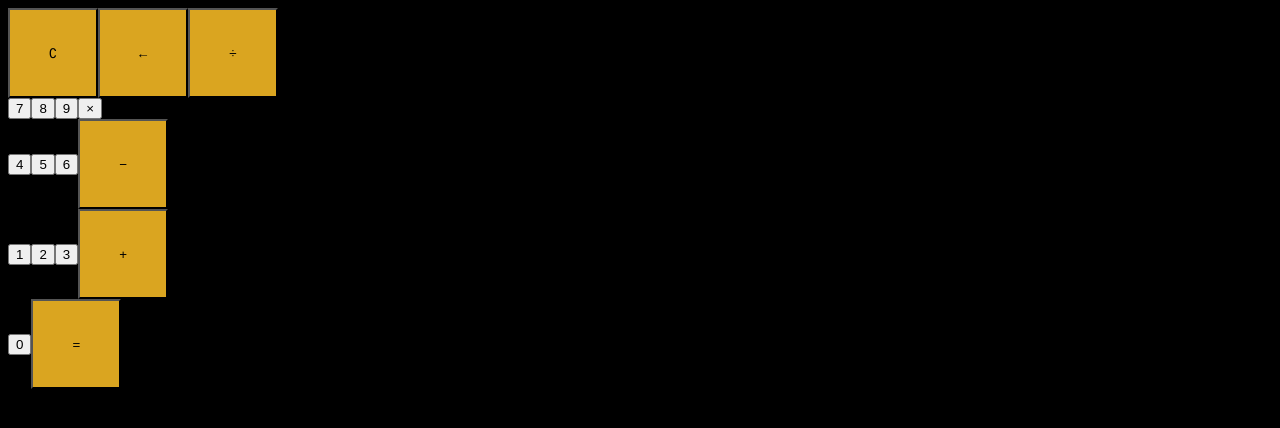
Repository: jontslater/LAB-calculator2
Page: index.html
The author's editor kept a copy of each file at every save. The page is drawn from the files as they stood at one save, then again after the next save.
The browser window is 1280 px wide. The pictures show the whole page.

Above is the page before, as saved 2023-10-12 15:36:34.

### index.html
<!DOCTYPE html>
<html lang="en">
<head>
  <meta charset="UTF-8">
  <meta name="viewport" content="width=device-width, initial-scale=1.0">
  <title>calculator</title>
  <link rel="stylesheet" href="main.css">
  <script src="main.js"></script>
</head>

<body>
  <div class="container">

  <table>
    <button class="orange">&#8705;</button>
    <button class="orange">&#8592;</button>
    <button class="orange">&#247;</button>
  </table>

  <table>
    <button class="bottonss">7</button>
    <button class="bottonss">8</button>
    <button class="bottonss">9</button>
    <button>&#215;</button>
  </table>

  <table>
    <button class="bottonss">4</button>
    <button class="bottonss">5</button>
    <button class="bottonss">6</button>
    <button class="orange">&#8722;</button>
  </table>

  <table>
    <button class="bottonss">1</button>
    <button class="bottonss">2</button>
    <button class="bottonss">3</button>
    <button class="orange">&#43;</button>
  </table>


  <table>
    <button class="bottonss">0</button>
    <button class="orange">&#61;</button>
  </table>

  </div>

</body>
</html>

### main.css
body{
  background-color: #000000;
}
.container{
  width: 400xp;
}

.buttonss{
  background-color: #d8d9db;
  height: 90px;
  width: 90px;
}

.orange{
  background-color:goldenrod;
  height: 90px;
  width: 90px;
}

Loaded but not shown: main.js (no stored copy; drawn as an empty file)

After the next save:
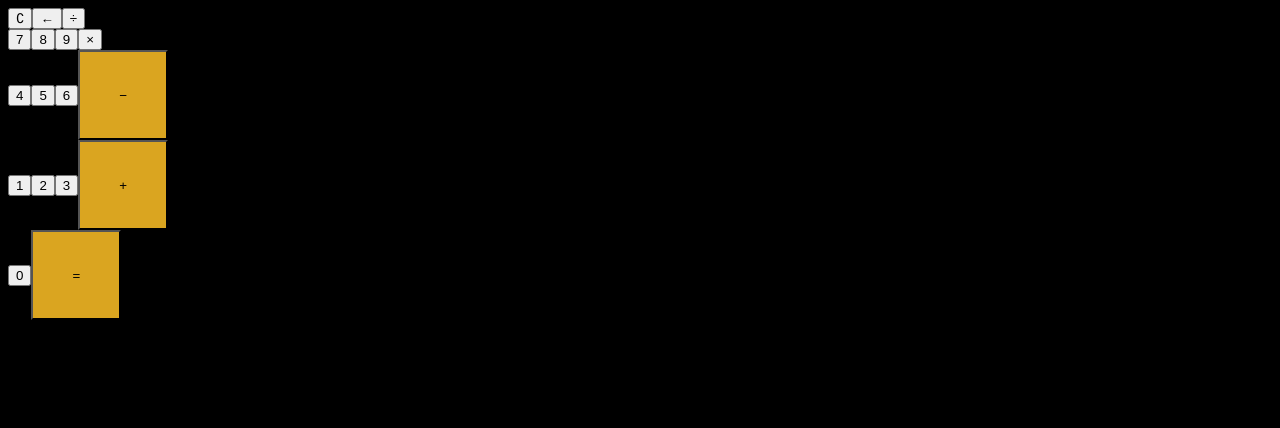
Saved 8 min 30 s later.
--- a/index.html
+++ b/index.html
@@ -12,9 +12,9 @@
   <div class="container">
 
   <table>
-    <button class="orange">&#8705;</button>
-    <button class="orange">&#8592;</button>
-    <button class="orange">&#247;</button>
+    <button class="gray">&#8705;</button>
+    <button class="gray">&#8592;</button>
+    <button class="gray">&#247;</button>
   </table>
 
   <table>
